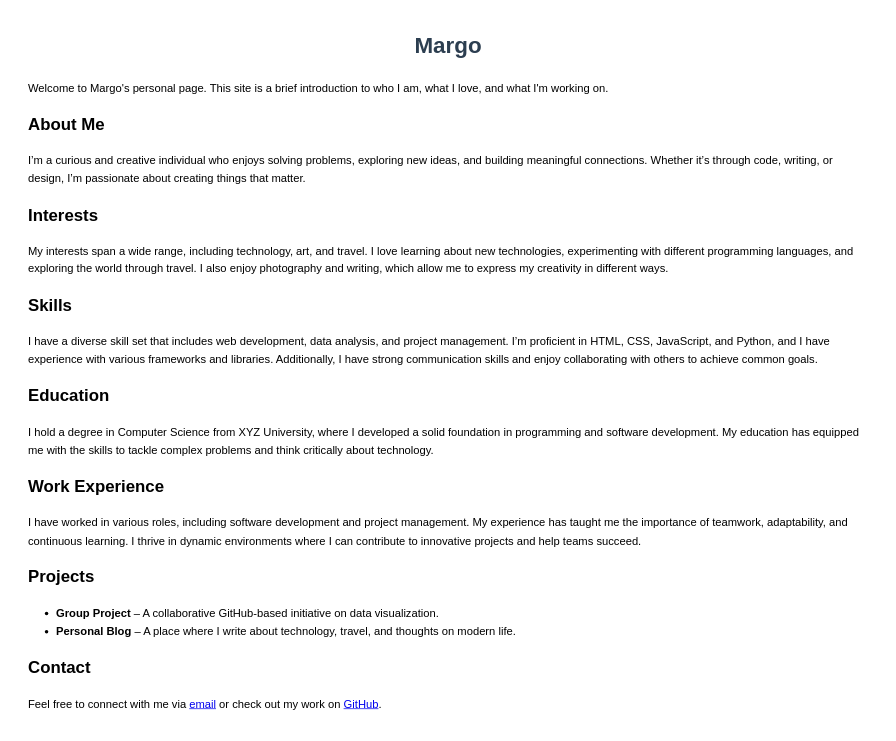
Repository: margo-m-chen/group_project
Page: my_file.html
An editor plug-in stored every save of this project. The page is shown before and after the next save, followed by the edit.
The browser window is 1280 px wide. The pictures show the part of the page from y = 0 to 1920 px (the page is 1058 px tall before and 3495 px after), at 70% of full size.

Above is the page before, as saved 2025-07-18 13:52:25.

### my_file.html
<!DOCTYPE html>
<html lang="en">

<head>
    <meta charset="UTF-8">
    <title>Margo</title>
    <style>
        body {
            font-family: Arial, sans-serif;
            margin: 40px;
            line-height: 1.6;

        }

        h1 {
            color: #2c3e50;
        }
    </style>
</head>

<body>
    <h1 style="text-align: center;">Margo</h1>

    <p>
        Welcome to Margo's personal page. This site is a brief introduction to who I am, what I love, and what I'm
        working on.
    </p>
    <h2>About Me</h2>
    <p>
        I’m a curious and creative individual who enjoys solving problems, exploring new ideas, and building meaningful
        connections.
        Whether it’s through code, writing, or design, I’m passionate about creating things that matter.
    </p>
    <h2>Interests</h2>
    <p>
        My interests span a wide range, including technology, art, and travel. I love learning about new technologies,
        experimenting with different programming languages, and exploring the world through travel.
        I also enjoy photography and writing, which allow me to express my creativity in different ways.
    </p>
    <h2>Skills</h2>
    <p>
        I have a diverse skill set that includes web development, data analysis, and project management. I’m proficient
        in
        HTML, CSS, JavaScript, and Python, and I have experience with various frameworks and libraries.
        Additionally, I have strong communication skills and enjoy collaborating with others to achieve common goals.

    </p>

    <h2>Education</h2>

    <p>
        I hold a degree in Computer Science from XYZ University, where I developed a solid foundation in programming and
        software development.
        My education has equipped me with the skills to tackle complex problems and think critically about technology.
    </p>


    <h2>Work Experience</h2>
    <p>
        I have worked in various roles, including software development and project management. My experience has taught
        me the importance of teamwork, adaptability, and continuous learning.
        I thrive in dynamic environments where I can contribute to innovative projects and help teams succeed.
    </p>


    <h2>Projects</h2>
    <ul>
        <li><strong>Group Project</strong> – A collaborative GitHub-based initiative on data visualization.</li>
        <li><strong>Personal Blog</strong> – A place where I write about technology, travel, and thoughts on modern
            life.</li>
    </ul>
    <h2>Contact</h2>
    <p>
        Feel free to connect with me via <a href="mailto:margo.m.chen@hsbc.com.cn">email</a> or check out my work on <a
            href="https://github.com/margo-m-chen" target="_blank">GitHub</a>.
    </p>
</body>

</html>

After the next save:
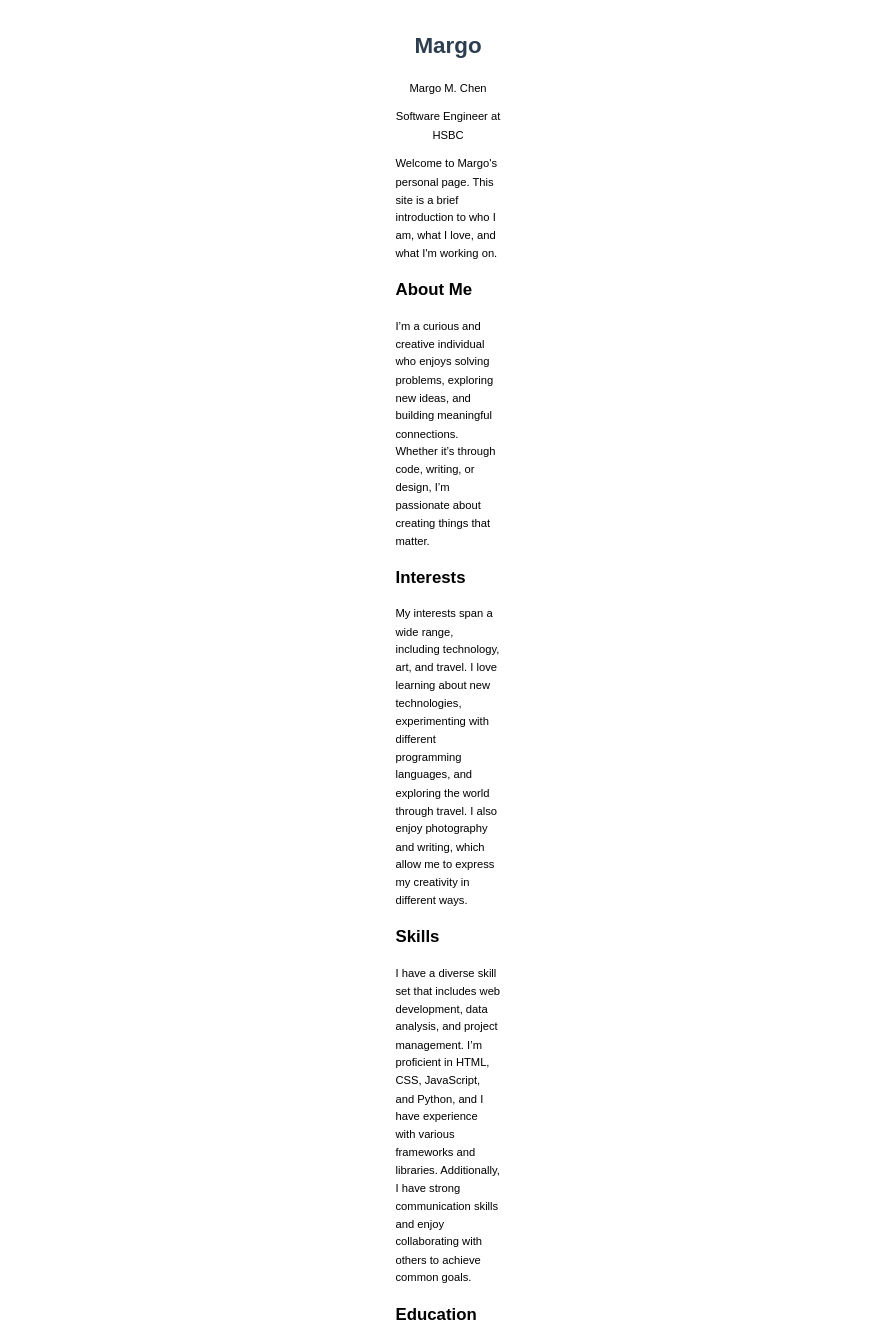
Saved 2 min 37 s later.
--- a/my_file.html
+++ b/my_file.html
@@ -21,59 +21,70 @@
 <body>
     <h1 style="text-align: center;">Margo</h1>
 
-    <p>
-        Welcome to Margo's personal page. This site is a brief introduction to who I am, what I love, and what I'm
-        working on.
-    </p>
-    <h2>About Me</h2>
-    <p>
-        I’m a curious and creative individual who enjoys solving problems, exploring new ideas, and building meaningful
-        connections.
-        Whether it’s through code, writing, or design, I’m passionate about creating things that matter.
-    </p>
-    <h2>Interests</h2>
-    <p>
-        My interests span a wide range, including technology, art, and travel. I love learning about new technologies,
-        experimenting with different programming languages, and exploring the world through travel.
-        I also enjoy photography and writing, which allow me to express my creativity in different ways.
-    </p>
-    <h2>Skills</h2>
-    <p>
-        I have a diverse skill set that includes web development, data analysis, and project management. I’m proficient
-        in
-        HTML, CSS, JavaScript, and Python, and I have experience with various frameworks and libraries.
-        Additionally, I have strong communication skills and enjoy collaborating with others to achieve common goals.
+    <photo src="https://avatars.githubusercontent.com/u/12345678?v=4" alt="Margo's Avatar"
+        style="display: block; margin: 0 auto; width: 150px; height: 150px; border-radius: 50%;">
+        <p style="text-align: center;">Margo M. Chen</p>
+        <p style="text-align: center;">Software Engineer at HSBC</p>
+        <p>
+            Welcome to Margo's personal page. This site is a brief introduction to who I am, what I love, and what I'm
+            working on.
+        </p>
+        <h2>About Me</h2>
+        <p>
+            I’m a curious and creative individual who enjoys solving problems, exploring new ideas, and building
+            meaningful
+            connections.
+            Whether it’s through code, writing, or design, I’m passionate about creating things that matter.
+        </p>
+        <h2>Interests</h2>
+        <p>
+            My interests span a wide range, including technology, art, and travel. I love learning about new
+            technologies,
+            experimenting with different programming languages, and exploring the world through travel.
+            I also enjoy photography and writing, which allow me to express my creativity in different ways.
+        </p>
+        <h2>Skills</h2>
+        <p>
+            I have a diverse skill set that includes web development, data analysis, and project management. I’m
+            proficient
+            in
+            HTML, CSS, JavaScript, and Python, and I have experience with various frameworks and libraries.
+            Additionally, I have strong communication skills and enjoy collaborating with others to achieve common
+            goals.
 
-    </p>
+        </p>
 
-    <h2>Education</h2>
+        <h2>Education</h2>
 
-    <p>
-        I hold a degree in Computer Science from XYZ University, where I developed a solid foundation in programming and
-        software development.
-        My education has equipped me with the skills to tackle complex problems and think critically about technology.
-    </p>
+        <p>
+            I hold a degree in Computer Science from XYZ University, where I developed a solid foundation in programming
+            and
+            software development.
+            My education has equipped me with the skills to tackle complex problems and think critically about
+            technology.
+        </p>
 
 
-    <h2>Work Experience</h2>
-    <p>
-        I have worked in various roles, including software development and project management. My experience has taught
-        me the importance of teamwork, adaptability, and continuous learning.
-        I thrive in dynamic environments where I can contribute to innovative projects and help teams succeed.
-    </p>
+        <h2>Work Experience</h2>
+        <p>
+            I have worked in various roles, including software development and project management. My experience has
+            taught
+            me the importance of teamwork, adaptability, and continuous learning.
+            I thrive in dynamic environments where I can contribute to innovative projects and help teams succeed.
+        </p>
 
 
-    <h2>Projects</h2>
-    <ul>
-        <li><strong>Group Project</strong> – A collaborative GitHub-based initiative on data visualization.</li>
-        <li><strong>Personal Blog</strong> – A place where I write about technology, travel, and thoughts on modern
-            life.</li>
-    </ul>
-    <h2>Contact</h2>
-    <p>
-        Feel free to connect with me via <a href="mailto:margo.m.chen@hsbc.com.cn">email</a> or check out my work on <a
-            href="https://github.com/margo-m-chen" target="_blank">GitHub</a>.
-    </p>
+        <h2>Projects</h2>
+        <ul>
+            <li><strong>Group Project</strong> – A collaborative GitHub-based initiative on data visualization.</li>
+            <li><strong>Personal Blog</strong> – A place where I write about technology, travel, and thoughts on modern
+                life.</li>
+        </ul>
+        <h2>Contact</h2>
+        <p>
+            Feel free to connect with me via <a href="mailto:margo.m.chen@hsbc.com.cn">email</a> or check out my work on
+            <a href="https://github.com/margo-m-chen" target="_blank">GitHub</a>.
+        </p>
 </body>
 
 </html>
